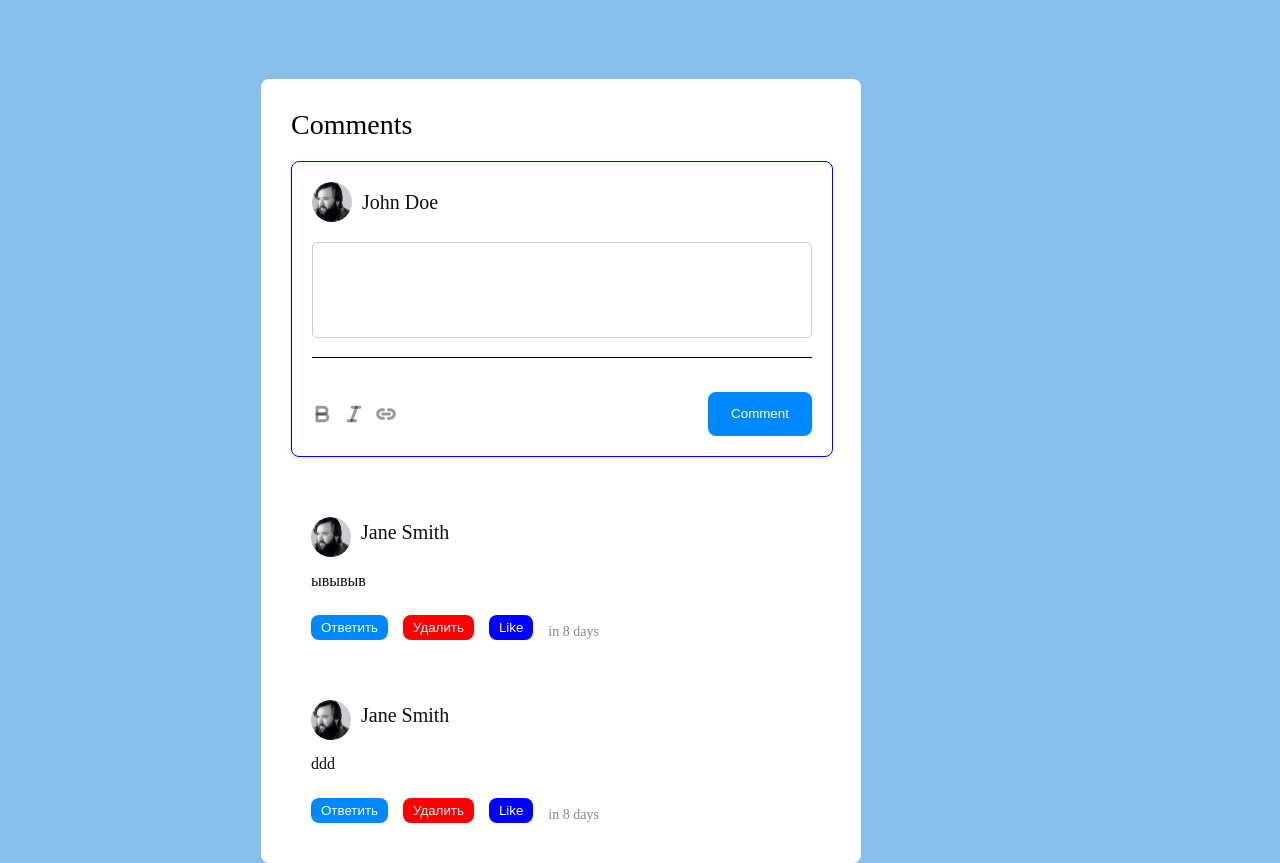
Repository: nikiforovki/appcommits
Page: /
An editor plug-in stored every save of this project. The page is shown before and after the next save, followed by the edit.
The browser window is 1280 px wide. The pictures show the whole page.
The project was rebuilt for these pictures with package versions that can differ from the ones it lists, and the page was loaded fresh each time. Requests to the local data server were answered from the project's data file. Also part of the build but not shown: webpack.config.ts.

Above is the page before, as saved 2024-08-23 07:38:17.

### public/index.html
<!DOCTYPE html>
<html lang="en">
<head>
    <meta charset="UTF-8" />
    <meta name="viewport" content="width=device-width, initial-scale=1.0" />
    <meta http-equiv="X-UA-Compatible" content="ie=edge" />
    <title>React App</title>
</head>
<body>
<div id="root"></div>
</body>
</html>

### src/index.tsx
import React from 'react';
import { createRoot } from 'react-dom/client';
import App from './App';
import StoreProvider from './app/providers/StoreProvider';

const rootElement = document.getElementById('root');
const root = createRoot(rootElement);
root.render(
  <React.StrictMode>
    <StoreProvider>
      <App />
    </StoreProvider>
  </React.StrictMode>,
);

### src/App.tsx
import React from 'react';
import MainLayout from './Companents/MainLayout';
import './styles/GlobalStyles.css';

const App = () => {
  return <MainLayout />;
};

export default App;

// import React, { useState } from 'react';
// import MainLayout from '../src/Companents/MainLayout';
// import './styles/GlobalStyles.css';
// import {
//   useGetSomeDataQuery,
//   useAddCommitMutation,
//   useDeleteCommitMutation,
// } from '../api/rtkQuery';
//
// const App: React.FC = () => {
//   const [newCommit, setNewCommit] = useState('');
//   const { data = [], isLoading } = useGetSomeDataQuery();
//   const [addCommit, { isError }] = useAddCommitMutation();
//   const [deleteCommit] = useDeleteCommitMutation();
//
//   const handleAddCommit = async () => {
//     if (newCommit) {
//       try {
//         await addCommit({ name: newCommit }).unwrap();
//         setNewCommit('');
//       } catch (error) {
//         console.error('Failed to add commit: ', error);
//       }
//     }
//   };
//
//   const handleDeleteCommit = async (id: string) => {
//     try {
//       await deleteCommit(id).unwrap();
//     } catch (error) {
//       console.error('Failed to delete commit: ', error);
//     }
//   };
//
//   if (isLoading) return <h1>Loading...</h1>;
//
//   return (
//     <div>
//       <input
//         type="text"
//         value={newCommit}
//         onChange={(e) => setNewCommit(e.target.value)}
//       />
//       <button onClick={handleAddCommit}>Add Commit</button>
//       <div>
//         {/*<MainLayout />*/}
//         <ul>
//           {data.map((item) => (
//             <li key={item.id} onClick={() => handleDeleteCommit(item.id)}>
//               {item.name}
//             </li>
//           ))}
//         </ul>
//       </div>
//     </div>
//   );
// };
//
// export default App;

// import React, { useState } from 'react';
// import MainLayout from '../src/Companents/MainLayout';
// import './styles/GlobalStyles.css';
// import { useGetSomeDataQuery, useAddCommitMutation } from '../api/rtkQuery';
//
// const App: React.FC = () => {
//   const [count, setCount] = useState('');
//   const [newCommit, setNewCommit] = useState('');
//   const { data = [], isLoading } = useGetSomeDataQuery(count);
//   const [addCommit, { isError }] = useAddCommitMutation();
//
//   const handleAddCommit = async () => {
//     if ( newCommit) {
//       await addCommit({name: newCommit}.unwrap();
//       setNewCommit('')
//       )
//     }
//   }
//
//   if (isLoading) return <h1>Loading...</h1>;
//
//   return (
//     <div>
//       <input
//         type='text'
//         value={newCommit}
//         onChange={(e) => {handleAddCommit(e.target.value)}
//           />
//        <button onClick= {handleAddCommit}>Add Commit</button>
//     </div>
//     <div>
//       {/*<MainLayout />*/}
//       <ul>
//         {data.map((item) => (
//           <li key={item.id}>{item.name}</li>
//         ))}
//       </ul>
//     </div>
//   );
// };
//
// export default App;

### src/app/providers/StoreProvider.tsx
// src/app/providers/StoreProvider.tsx
import React from 'react';
import { Provider } from 'react-redux';
import { store } from './store';

interface StoreProviderProps {
  children: React.ReactNode;
}

const StoreProvider: React.FC<StoreProviderProps> = ({ children }) => {
  return <Provider store={store}>{children}</Provider>;
};

export default StoreProvider;

### src/styles/GlobalStyles.css

body {
  margin: 0;
  padding: 0;
  background-color: rgba(66, 155, 223, 0.64);
}

### src/app/providers/store.ts
import { configureStore } from '@reduxjs/toolkit';
import rtkQueryApi from '../../api/rtkQuery';

export const store = configureStore({
  reducer: {
    [rtkQueryApi.reducerPath]: rtkQueryApi.reducer,
  },
  middleware: (getDefaultMiddleware) =>
    getDefaultMiddleware().concat(rtkQueryApi.middleware),
});

### src/api/rtkQuery.ts
import { createApi, fetchBaseQuery } from '@reduxjs/toolkit/query/react';
import { Comment, Reply } from './types';

const rtkQueryApi = createApi({
  reducerPath: 'commentApi',
  baseQuery: fetchBaseQuery({ baseUrl: 'http://localhost:3000' }),
  tagTypes: ['Comment'],
  endpoints: (builder) => ({
    getSomeData: builder.query<Comment[], void>({
      query: () => 'comments',
      providesTags: (result) =>
        result
          ? [
              ...result.map(({ id }) => ({ type: 'Comment' as const, id })),
              { type: 'Comment' as const, id: 'LIST' },
            ]
          : [{ type: 'Comment' as const, id: 'LIST' }],
    }),
    addCommit: builder.mutation<Comment, Partial<Comment>>({
      query: (body) => ({
        url: 'comments',
        method: 'POST',
        body,
      }),
      invalidatesTags: [{ type: 'Comment' as const, id: 'LIST' }],
    }),
    deleteCommit: builder.mutation<void, string>({
      query: (id) => ({
        url: `comments/${id}`,
        method: 'DELETE',
      }),
      invalidatesTags: (result, error, id) => [
        { type: 'Comment' as const, id },
      ],
    }),
    likeComment: builder.mutation<Comment, string>({
      query: (id) => ({
        url: `comments/${id}`,
        method: 'PATCH',
        body: { liked: true },
      }),
      invalidatesTags: (result, error, id) => [
        { type: 'Comment' as const, id },
      ],
    }),
    unlikeComment: builder.mutation<Comment, string>({
      query: (id) => ({
        url: `comments/${id}`,
        method: 'PATCH',
        body: { liked: false },
      }),
      invalidatesTags: (result, error, id) => [
        { type: 'Comment' as const, id },
      ],
    }),
    addReply: builder.mutation<Comment, Partial<Reply>>({
      query: (body) => ({
        url: `comments/${body.commentId}/replies`,
        method: 'POST',
        body: {
          author: body.author,
          text: body.text,
          timestamp: new Date().toISOString(),
        },
      }),
      invalidatesTags: (result, error, { commentId }) => [
        { type: 'Comment' as const, id: commentId },
      ],
    }),
    updateComment: builder.mutation<Comment, Partial<Comment>>({
      query: (body) => ({
        url: `comments/${body.id}`,
        method: 'PATCH',
        body,
      }),
      invalidatesTags: (result, error, { id }) => [
        { type: 'Comment' as const, id },
      ],
    }),
  }),
});

export const {
  useGetSomeDataQuery,
  useAddCommitMutation,
  useDeleteCommitMutation,
  useLikeCommentMutation,
  useUnlikeCommentMutation,
  useAddReplyMutation,
  useUpdateCommentMutation,
} = rtkQueryApi;
export default rtkQueryApi;

### db.json
{
  "comments": [
    {
      "id": "1724381790004",
      "img": "/img/IconMan.svg",
      "author": "Jane Smith",
      "text": "ddd",
      "timestamp": "2024-08-23T02:56:30.004Z",
      "liked": false,
      "replies": []
    },
    {
      "id": "1724382726093",
      "img": "/img/IconMan.svg",
      "author": "Jane Smith",
      "text": "ывывыв",
      "isBold": true,
      "timestamp": "2024-08-23T03:12:06.093Z",
      "liked": false,
      "replies": []
    }
  ]
}

Loaded but not shown: src/Companents/MainLayout.tsx (540 lines, source omitted)

After the next save:
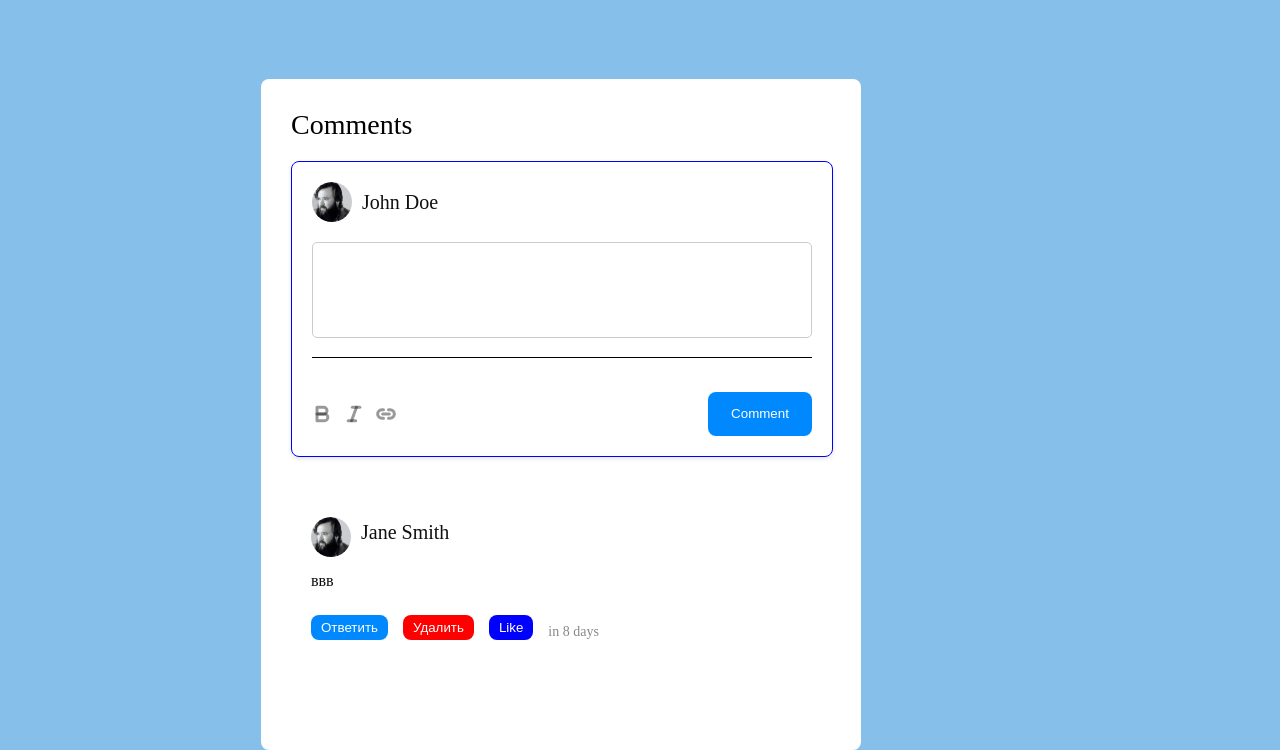
Saved 97 s later.
--- a/db.json
+++ b/db.json
@@ -1,22 +1,13 @@
 {
   "comments": [
     {
-      "id": "1724381790004",
+      "id": "1724387971863",
       "img": "/img/IconMan.svg",
       "author": "Jane Smith",
-      "text": "ddd",
-      "timestamp": "2024-08-23T02:56:30.004Z",
+      "text": "ввв",
+      "timestamp": "2024-08-23T04:39:31.863Z",
       "liked": false,
-      "replies": []
-    },
-    {
-      "id": "1724382726093",
-      "img": "/img/IconMan.svg",
-      "author": "Jane Smith",
-      "text": "ывывыв",
       "isBold": true,
-      "timestamp": "2024-08-23T03:12:06.093Z",
-      "liked": false,
       "replies": []
     }
   ]

After the save that followed:
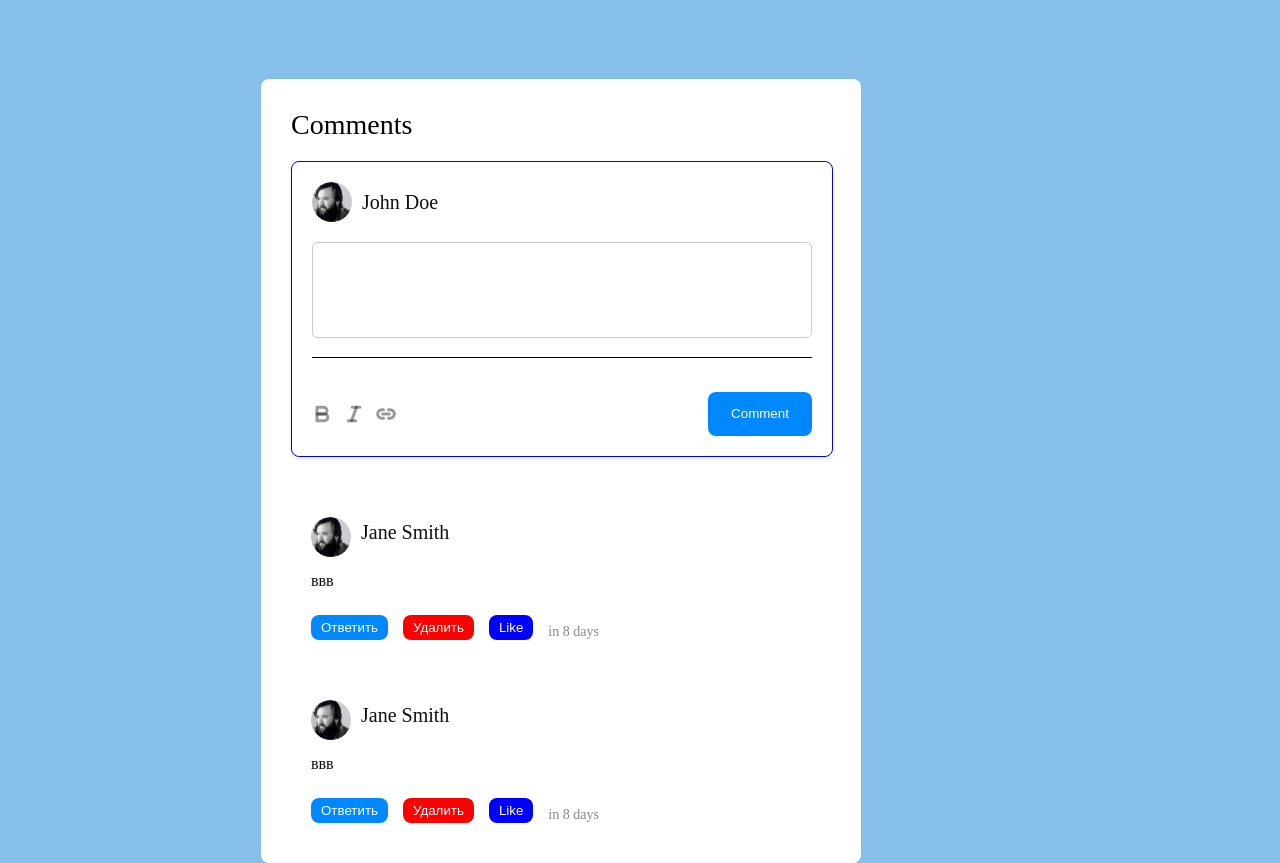
Saved 37 s later.
--- a/db.json
+++ b/db.json
@@ -7,6 +7,16 @@
       "text": "ввв",
       "timestamp": "2024-08-23T04:39:31.863Z",
       "liked": false,
+      "isBold": false,
+      "replies": []
+    },
+    {
+      "id": "1724388010667",
+      "img": "/img/IconMan.svg",
+      "author": "Jane Smith",
+      "text": "ввв",
+      "timestamp": "2024-08-23T04:40:10.667Z",
+      "liked": false,
       "isBold": true,
       "replies": []
     }
